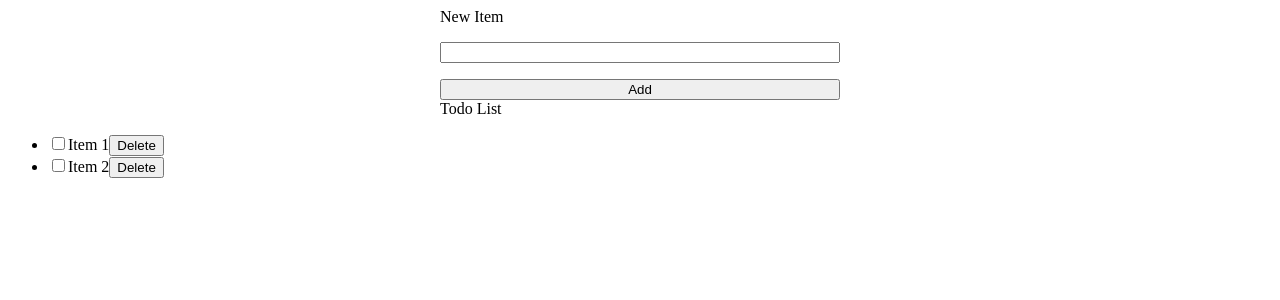
Repository: emmanuel2011-program/react-to-do-list
Page: /
An editor plug-in stored every save of this project. The page is shown before and after the next save, followed by the edit.
The browser window is 1280 px wide. The pictures show the whole page.
The project was rebuilt for these pictures with package versions that can differ from the ones it lists, and the page was loaded fresh each time. Also part of the build but not shown: vite.config.js.

Above is the page before, as saved 2025-11-03 10:05:26.

### index.html
<!doctype html>
<html lang="en">
  <head>
    <meta charset="UTF-8" />
    <link rel="icon" type="image/svg+xml" href="/vite.svg" />
    <meta name="viewport" content="width=device-width, initial-scale=1.0" />
    <title>react-to-do-list</title>
  </head>
  <body>
    <div id="root"></div>
    <script type="module" src="/src/main.jsx"></script>
  </body>
</html>

### src/App.jsx
import "./styles.css"

export default function App() {
  return (
    <>
  <form className="new-item-form">

      <label htmlFor="item">New Item</label>
      <input type="text" id="item" />
    <button className="btn">Add</button>
  </form>
  <hi className="header">Todo List</hi>
  <ul className="list">
    <li>
      <label>
        <input type="checkbox" />
        Item 1
      </label>
      <button className="btn-danger">Delete</button>
    </li>
    <li>
      <label>
        <input type="checkbox" />
        Item 2
      </label>
      <button className="btn-danger">Delete</button>
    </li>
  </ul>
  </>
)
}

### src/styles.css
/* Align the label above the input */
.new-item-form {
  display: flex;
  flex-direction: column;
  gap: 1rem; /* space between rows if you add more later */
  max-width: 400px;
  margin: 0 auto;
}

.btn- {
    background-color: rgb(245, 167, 167);
}

.form-row {
  display: flex;
  flex-direction: column; /* 👈 stacks label above input */
}

.form-row label {
  margin-bottom: 6px;
  font-weight: 600;
  font-size: 0.95rem;
  color: var(--muted);
}

.form-row input {
  padding: 10px 12px;
  font-size: 1rem;
  border-radius: 8px;
  border: 1px solid #334155;
  background-color: #ecedf0;
  color: var(--text);
  outline: none;
  transition: border 0.2s ease, box-shadow 0.2s ease;
}

.form-row input:focus {
  border-color: var(--accent);
  box-shadow: 0 0 6px rgba(125, 211, 252, 0.4);
}
.header {
    display: flex;
  flex-direction: column;
  gap: 1rem; /* space between rows if you add more later */
  max-width: 400px;
  margin: 0 auto;
}

Loaded but not shown: src/main.jsx (common file)

After the next save:
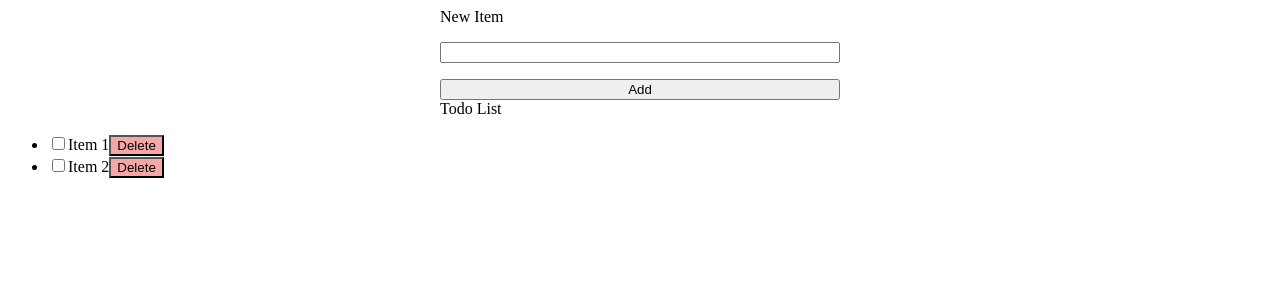
Saved 12 s later.
--- a/src/styles.css
+++ b/src/styles.css
@@ -7,7 +7,7 @@
   margin: 0 auto;
 }
 
-.btn- {
+.btn-danger {
     background-color: rgb(245, 167, 167);
 }
 
